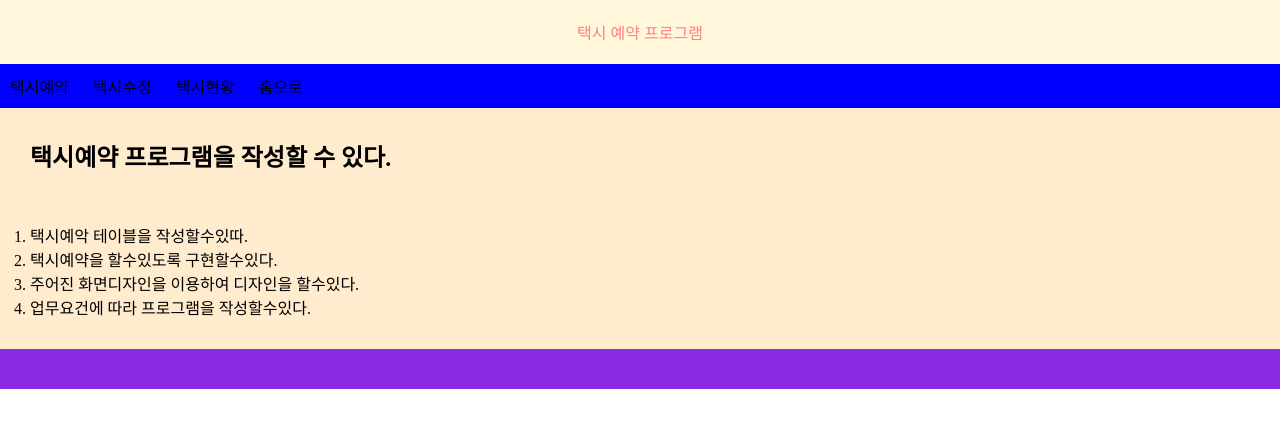
Repository: mvcfvsgdj/javaee
Page: http://localhost/prj0828/
These files come from the project's save history. The page is drawn as it stood at one moment and after the next save; the edit follows.
The browser window is 1280 px wide. The pictures show the whole page.
The page is served by Tomcat 9. Other server files are loaded and not shown.

Above is the page before, as saved 2023-08-28 03:00:10.

### prj0828/src/main/webapp/index.jsp
<%@ page language="java" contentType="text/html; charset=UTF-8"
	pageEncoding="UTF-8"%>
<!DOCTYPE html>
<html>
<head>
<meta charset="UTF-8">
<title>Insert title here</title>

<link href="./css/index.css" rel="stylesheet" />
</head>

<body>

	<header> 택시 예약 프로그램 </header>

	<nav>
		<ul>
			<li>택시예약</li>
			<li>택시수정</li>
			<li>택시현황</li>
			<li>홈으로</li>

		</ul>
	</nav>
	<section>
	<h2>
	택시예약 프로그램을 작성할 수 있다.</h2>
	<ol>
	<li>택시예악 테이블을 작성할수있따.</li>
	<li>택시예약을 할수있도록 구현할수있다.</li>
	<li>주어진 화면디자인을 이용하여 디자인을 할수있다.</li>
	<li>업무요건에 따라 프로그램을 작성할수있다.</li>

	</ol>
	</section>
	<footer> </footer>

</body>
</html>

### prj0828/src/main/webapp/css/index.css
@charset "UTF-8";
*{
	padding: 0px;
	margin: 0px;

}

header{
	padding: 20px;
	background-color:cornsilk;
	color:rgb(255, 128, 128);
	text-align: center;

}
nav{
	padding: 10px;
	background-color: blue;
}

ul{
	list-style: none;
}
ul > li{
	display: inline-block;
	padding-right:20px ;
}

section{
	background-color: blanchedalmond;
	padding: 30px;
}
section ol{
	margin-top:50px;

}
footer{
	padding: 20px;
	background-color: blueviolet;
}

After the next save:
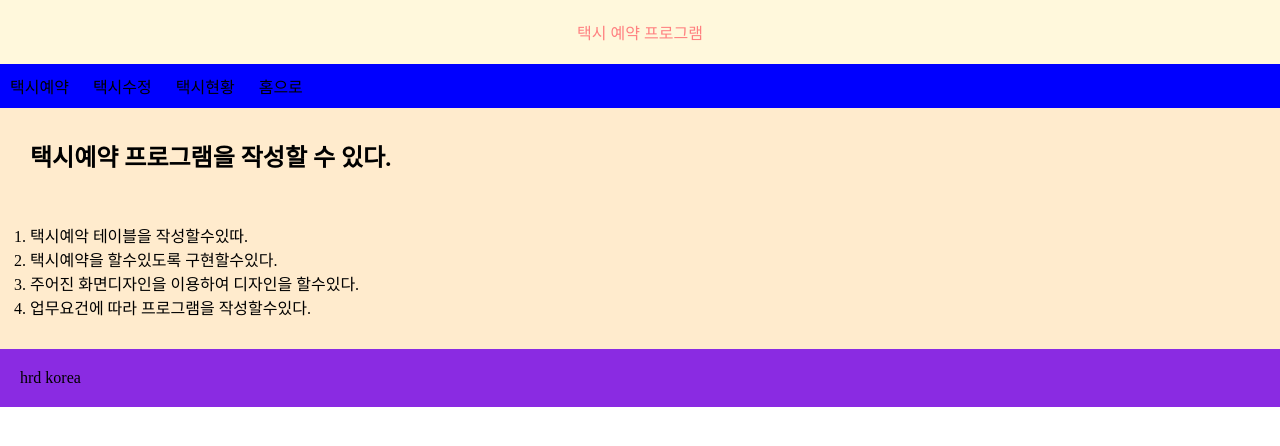
Saved 55 s later.
--- a/prj0828/src/main/webapp/index.jsp
+++ b/prj0828/src/main/webapp/index.jsp
@@ -33,7 +33,7 @@
 
 	</ol>
 	</section>
-	<footer> </footer>
+	<footer>hrd korea</footer>
 
 </body>
 </html>
